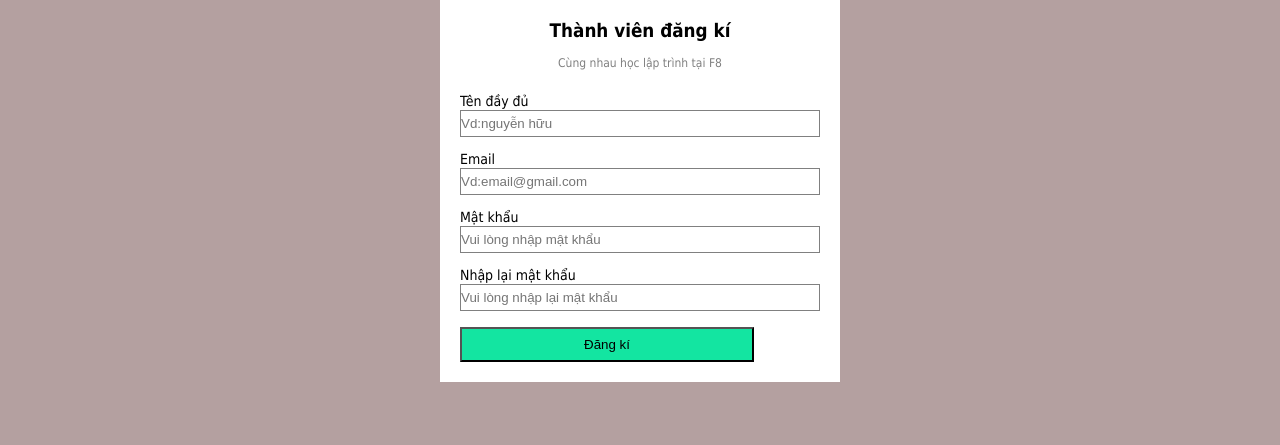
Repository: HuunvDev/Validator
Page: index.html
These files come from the project's save history. The page is drawn as it stood at one moment and after the next save; the edit follows.
The browser window is 1280 px wide. The pictures show the whole page.

Above is the page before, as saved 2022-08-20 09:44:56.

### index.html
<!DOCTYPE html>
<html lang="en">
<head>
    <meta charset="UTF-8">
    <meta http-equiv="X-UA-Compatible" content="IE=edge">
    <meta name="viewport" content="width=device-width, initial-scale=1.0">
    <title>validator</title>
    <link rel="stylesheet" href="style.css">
</head>
<body>
    <div class="main">
        <form action="" method="POST" class="form" id="form-1">
            <h3 class="heading">Thành viên đăng kí</h3>
            <p class="desc">Cùng nhau học lập trình tại F8</p>
            <div class="pacer"></div>
            <div class="form-group">
                <label for="fullName" class="form-lable">Tên đầy đủ</label><br>
                <input type="text" id="fullName" name="fullName" placeholder="Vd:nguyễn hữu"><br>
                <span class="form-message"></span>
            </div>
            <div class="form-group">
                <label for="email" class="form-lable">Email</label><br>
                <input type="text" id="email" name="email" placeholder="Vd:email@gmail.com"><br>
                <span class="form-message"></span>
            </div>
            <div class="form-group">
                <label for="password" class="form-lable">Mật khẩu</label><br>
                <input type="text" id="password" name="password" placeholder="Vui lòng nhập mật khẩu"><br>
                <span class="form-message"></span>
            </div>
            <div class="form-group">
                <label for="password_confirmation" class="form-lable">Nhập lại mật khẩu</label><br>
                <input type="text" id="password_confirmation" name="password_confirmation" placeholder="Vui lòng nhập lại mật khẩu"><br>
                <span class="form-message"></span>
            </div>
           <button class="form-submit">Đăng kí</button>
        </form>
    </div>
    <script src="main.js"></script>
</body>
</html>

### style.css

*{
    margin:0;
    padding:0;
    overflow: hidden;
    box-sizing: border-box;
}
body{
    background-color:rgb(180, 160, 160);
}
.main {
    width: 400px;
    box-shadow: 0 0 0 rgb(0 0 0 / 10%);
    margin: auto;
    /* margin-top: 50px; */
    padding: 20px;
    background-color: #fff;
    font-family: tahoma;
}
h3.heading {
    text-align: center;
}
p.desc {
    text-align: center;
    font-size: 12px;
    color: grey;
    padding: 15px 0;
}
.form-group {
    padding: 6px 0;
}

label.form-lable {
    font-size: 14px;
}
input {
    width:100%;
    height: 27px;
    outline: none;
    border:1px solid grey;
}
input:hover{
    border-color: rgb(23 220 220);
}
button{
    padding:8px 0;
    width:294px;
    background-color: rgb(19 229 161);
    margin-top:10px;
}
span.form-message {
    font-size: 12px;
    color: #d76f6f;
}

### main.js
var fullName = document.getElementById('fullName');
var message = document.getElementsByClassName("form-message");
fullName.onblur = function(){
    if(!fullName.value){
        message.innerText ="Vui lòng nhập trường này";
    }
}

After the next save:
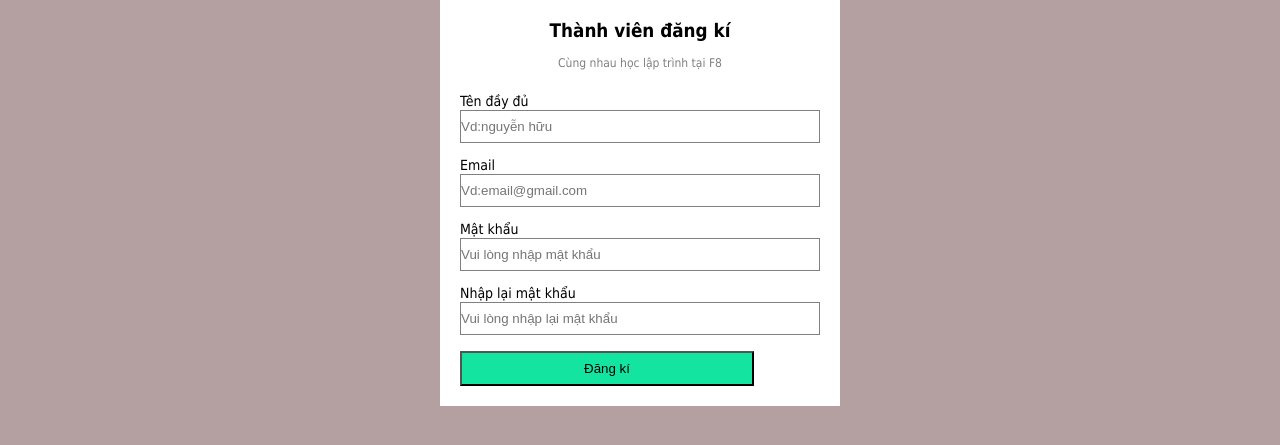
Saved 34 s later.
--- a/style.css
+++ b/style.css
@@ -35,7 +35,7 @@ label.form-lable {
 }
 input {
     width:100%;
-    height: 27px;
+    height: 33px;
     outline: none;
     border:1px solid grey;
 }
